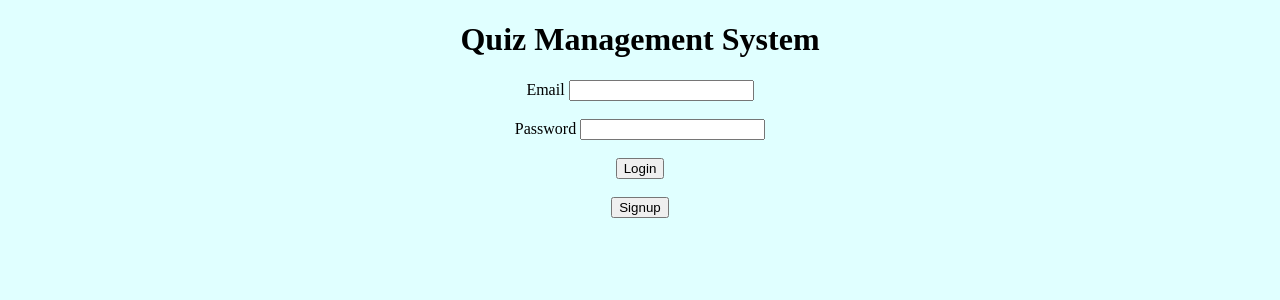
Repository: Rohitsenpai01/Quiz-Manangement-System
Page: http://localhost/WebQuizApp/
The author's editor kept a copy of each file at every save. The page is drawn from the files as they stood at one save, then again after the next save.
The browser window is 1280 px wide. The pictures show the whole page.
The page is served by Tomcat 9. Other server files are loaded and not shown.

Above is the page before, as saved 2025-12-29 05:34:51.

### WebQuizApp/WebQuizApp/src/main/webapp/index.jsp
<%@ page language="java" contentType="text/html; charset=UTF-8"
    pageEncoding="UTF-8"%>
<!DOCTYPE html>
<html>
<head>
<meta charset="UTF-8">
<title>Insert title here</title>
</head>
<body bgcolor="${initParam.theme}">
	<h1 style="text-align: center;">${initParam.appTitle}</h1>
	<form method="post" action="login.jsp" style="text-align: center;">
		Email <input type="text" name="email"><br><br>
		Password <input type="password" name="passwd"><br><br>
		<input type="submit" value="Login"><br><br>
		<input type="submit" value="Signup"><br><br>
	</form>
</body>
</html>

After the next save:
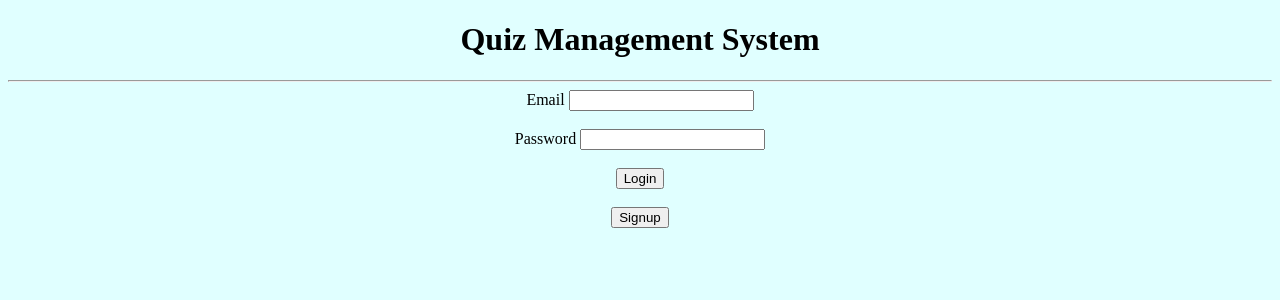
Saved 33 s later.
--- a/WebQuizApp/WebQuizApp/src/main/webapp/index.jsp
+++ b/WebQuizApp/WebQuizApp/src/main/webapp/index.jsp
@@ -7,7 +7,7 @@
 <title>Insert title here</title>
 </head>
 <body bgcolor="${initParam.theme}">
-	<h1 style="text-align: center;">${initParam.appTitle}</h1>
+	<h1 style="text-align: center;">${initParam.appTitle}</h1><hr>
 	<form method="post" action="login.jsp" style="text-align: center;">
 		Email <input type="text" name="email"><br><br>
 		Password <input type="password" name="passwd"><br><br>
